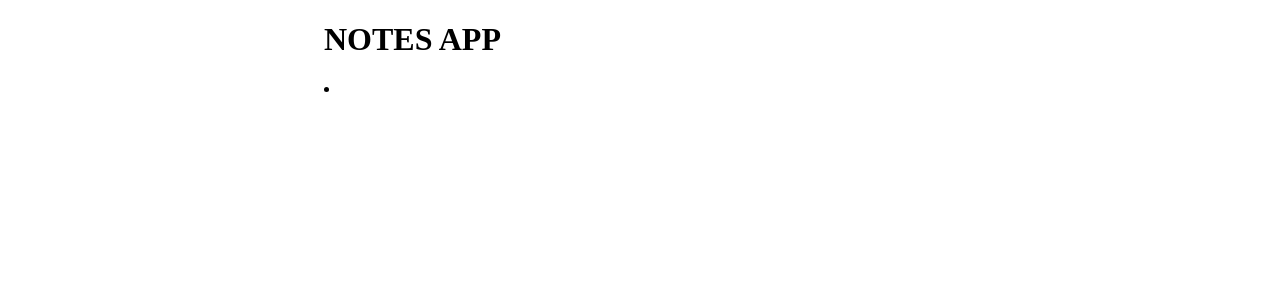
Repository: SKB-TECH/MinProject
Page: IHM/index.html
The author's editor kept a copy of each file at every save. The page is drawn from the files as they stood at one save, then again after a run of saves.
The browser window is 1280 px wide. The pictures show the whole page.

Above is the page before, as saved 2022-09-29 14:41:06.

After the next 3 saves:
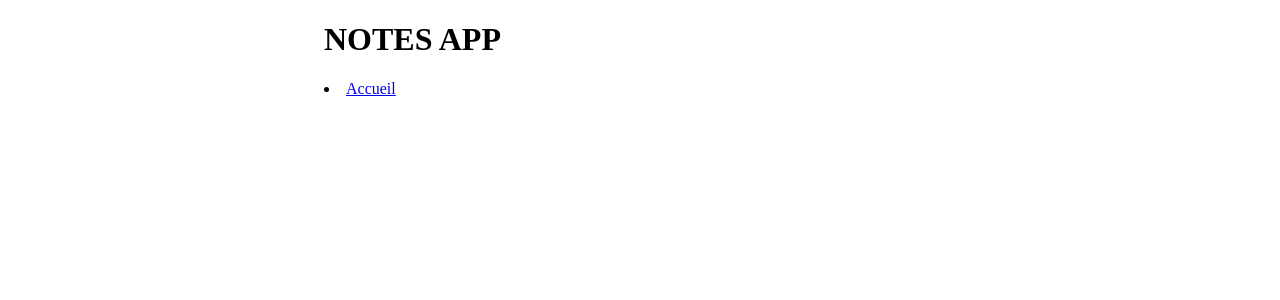
The 3 saves are shown as one change because they came seconds apart.
The last was saved 9 s later.
--- a/IHM/index.html
+++ b/IHM/index.html
@@ -11,7 +11,7 @@
         <header>
             <h1>NOTES APP</h1>
             <nav>
-                <li></li>
+                <li><a href="#">Accueil</a></li>
             </nav>
         </header>
     </div>
